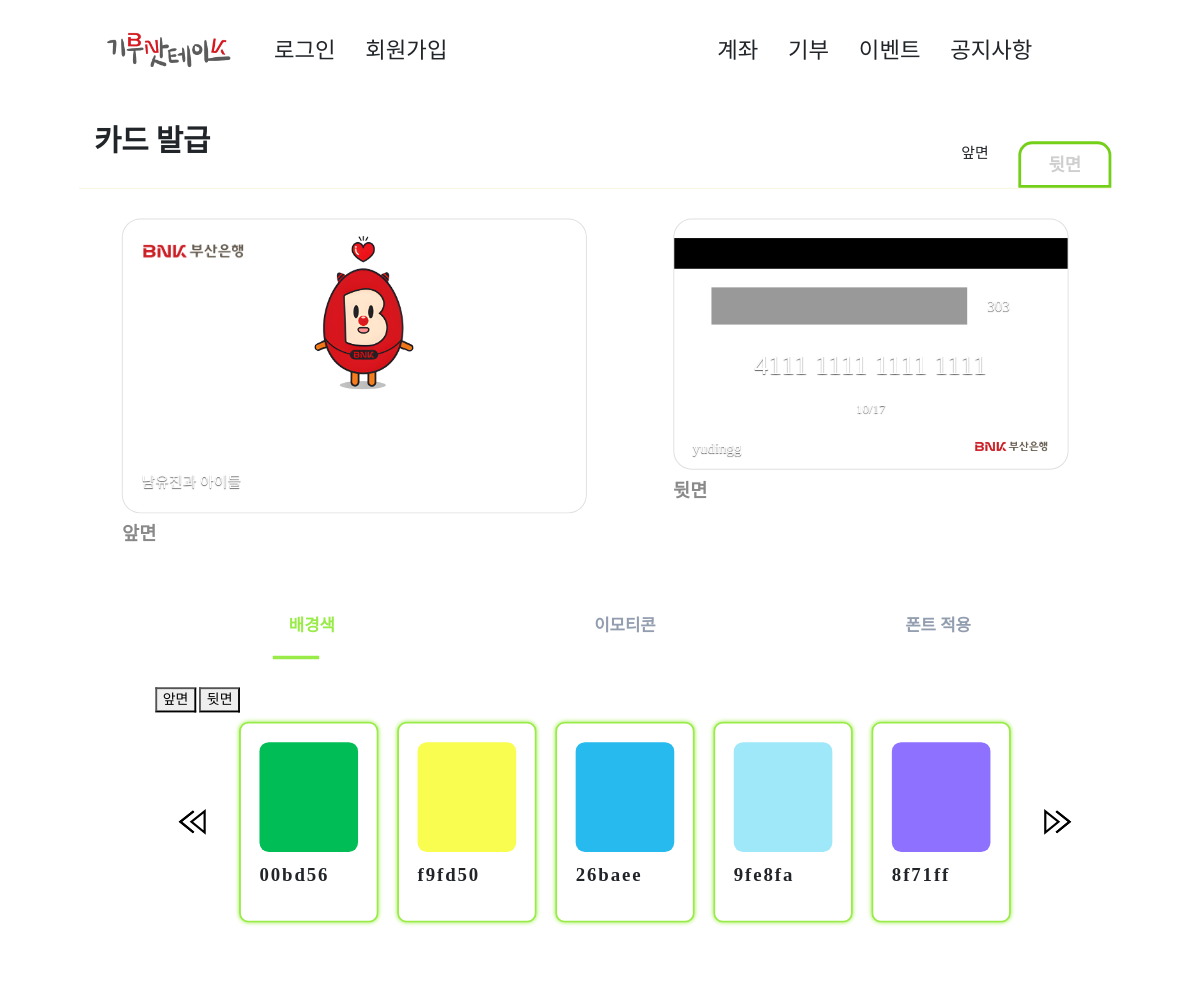
Repository: BNK-GiveNotTake/BNK-GNK-PJT
Page: http://localhost/GNT_PJT/Card/Card.jsp
An editor plug-in stored every save of this project. The page is shown before and after the next save, followed by the edit.
The browser window is 1280 px wide. The pictures show the whole page, at 93% of full size.
After loading, the first visible `div.front-card` was clicked once.
Some web fonts or font styles are not loaded; a fallback is used. The page is served by Tomcat 9. Other server files are loaded and not shown.

Above is the page before, as saved 2022-08-30 06:24:24.

### GNT_PJT/src/main/webapp/Card/Card.jsp
<%@ page language="java" contentType="text/html; charset=UTF-8"
    pageEncoding="UTF-8"%>

<%@ taglib prefix="c" uri="http://java.sun.com/jsp/jstl/core" %>
<!DOCTYPE html>

<html>
<head>
	<meta charset="UTF-8">
	<meta name="viewport" content="width=device-width, initial-scale=1">
	<title>Insert title here</title>
	<link rel="stylesheet" href="https://cdn.jsdelivr.net/npm/bootstrap@4.6.1/dist/css/bootstrap.min.css">
	<link rel="stylesheet" href="//code.jquery.com/ui/1.13.2/themes/base/jquery-ui.css">
	<script src="https://code.jquery.com/jquery-3.6.0.js"></script>
	<script src="https://code.jquery.com/ui/1.13.2/jquery-ui.js"></script>
	<script src="https://cdn.jsdelivr.net/npm/bootstrap@4.6.1/dist/js/bootstrap.bundle.min.js"></script>
	<style scoped>
		@import url("css/Card.css?ver=1");
	</style>

	<script>
		$(function() {
			$('#draggable3').click(function() {
				console.log($("containment-wrapper"))
			})
		})

		$(function() {
		    $("#draggable3").draggable({ containment: "#containment-wrapper", scroll: false });
		});

		$(window).on('load', function() {
			$('#card').addClass('loaded');
		});

		$(function() {

			$('.front-card').click(function() {
				console.log('hshahaha')
				$('#front').removeClass('card--front_small');
				$('#front').addClass('card--front');
				$('#back').removeClass('card--back_big');
				$('#back').addClass('card--back');
				$('.card-change-margin').css('margin-top', '0px');
				$('.back-card').addClass('front-card')
				$(this).removeClass('front-card')
				/* $('.front-card').removeClass('back-card')
				$(this).addClass('back-card') */
			})

			$('.back-card').click(function() {
				console.log('hshahahaaaaa')
				$('#front').removeClass('card--front');
				$('#front').addClass('card--front_small');
				$('#back').removeClass('card--back');
				$('#back').addClass('card--back_big');
				$('.card-change-margin').css('margin-top', '1.2rem');
				$('.front-card').addClass('back-card')
				$(this).removeClass('back-card')
				$('.back-card').removeClass('front-card')
				$(this).addClass('front-card')
			})

			/* $('.font__color-black').click(function() {
				$('.back .card__ccv').css("color", "black");
				$('.back .card__owner').css("color", "black");
				$('.back .card__expiry-date').css("color", "black");
				$('.back .card__number').css("color", "black");
				$('.front .card__content').css("color", "black");
			});

			$('.font__color-white').click(function() {
				$('.back .card__ccv').css("color", "white");
				$('.back .card__owner').css("color", "white");
				$('.back .card__expiry-date').css("color", "white");
				$('.back .card__number').css("color", "white");
				$('.front .card__content').css("color", "white");
			}); */

			$('#tab3').click(function() {
				$('#card__content').focus();
			})

			$('#card__content').click(function() {
				$('#card__content').focus();
			})

			$('#backGroundColorList').on('click', '.item-gradient', function() {
				console.log($(this).text())
			})
		});

		const gradients = [
		    '00bd56', 'f9fd50',
		    '26baee', '9fe8fa',
		    '8f71ff', '8bffff',
		    'c7004c', 'ffaaaa',
		    '55968f', '8acbbb',
		    '226b80', '35b0ab',
		    '3d6cb9', '00fff0',
		    '4d3664', 'bab5f6',
		    'fa4659', 'e9007f',
		    '00b7c2', '4ef037',
		    '303481', 'a100ff',
		    'fc8a15', 'fff6a2',
		    'f9d00f', 'fbff64',
		    '295e6a', '4797b1',
		    'ff0592', 'ffbee3',
		];

		$(function() {
			var idx = 0;
			idx = showBackgroundAfter(idx);

			$('#arrow-before').click(function() {
				console.log(idx)
				idx = showBackgroundBefore(idx)
				console.log(idx)

			})

			$('#arrow-after').click(function() {
				console.log(idx)
				idx = showBackgroundAfter(idx)
				console.log(idx)
				if (idx==30) {
					idx = 0
				}
			})

		})

		const showBackgroundBefore = function(idx) {
			$('#backGroundColorList').empty()
			if (idx==0) {
				idx = 20
			} else if (idx==5) {
				idx = 25
			} else {
				idx -= 10
			}
			for(var i=idx; i<idx+5;i++){
				$('#backGroundColorList').append("<li class=item-gradient><div class=gradient style='background-color: #"+gradients[i]+";'></div><p class=start style=color: #"+gradients[i]+";>"+gradients[i]+"</p></li>")
			}
			return idx + 5
		}

		const showBackgroundAfter = function(idx) {
			$('#backGroundColorList').empty()
			for(var i=idx; i<idx+5;i++){
				$('#backGroundColorList').append("<li class=item-gradient><div class=gradient style='background-color: #"+gradients[i]+";'></div><p class=start style=color: #"+gradients[i]+";>"+gradients[i]+"</p></li>")
			}
			return idx+5
		}

	</script>
<head>
<meta charset="UTF-8">
<title>Insert title here</title>
</head>
<body>
	<div id="card">
		<div id="loader-wrapper">
			<div id="loader"></div>
			<div class="loader-section section-left"></div>
			<div class="loader-section section-right"></div>
		</div>
		<%@ include file="../Common/Nav.jsp" %><br>
		<div class="container">
			<div>
				<div class="d-flex justify-content-between align-items-end" style="border-bottom: 1px solid beige; margin-bottom: 2rem;">
					<h2 class="title">카드 발급</h2>
					<div class="d-flex">
						<div class="front-card">
							앞면
						</div>
						<div class="back-card" style="margin-left: 2rem;">
							뒷면
						</div>
					</div>
				</div>
				<div class="d-flex justify-content-around">
					<div class="front">
						<div id="front" class="card card--front">
							<div class="row" style="height: 100vh;">
								<div class="col-4 d-flex flex-column justify-content-between">
									<img class="card__logo--front" src="img/bnk_logo.png">
									<div style="margin-left: 10px; margin-bottom: 10px;">
										<span class="card__content">남유진과 아이들</span>
									</div>
								</div>
								<div class="col-8">
									<div id="containment-wrapper" style="border: none; height: 100%; padding-right: 30px;">
									  <div id="draggable3" class="draggable ui-widget-content" style="border: none; width: 40%;">
									    <img src="img/MrB.png" class="emo" style="width: 140%;">
									  </div>
									</div>
								</div>
							</div>
						</div>
						<h5 class="front__hover" style="color: #898989;"><b>앞면</b></h5>
					</div>
					<div class="back">
						<div id="back" class="card card--back">
							<div class="card__strip"></div>
							<div class="card-change-margin">
								<div class="card__signature"></div>
								<div class="card__ccv">303</div>
							</div>
							<div class="card__number">4111 1111 1111 1111</div>
							<div class="card__expiry-date">10/17</div>
							<div>
								<div class="card__owner">
									yudingg
									<img class="card__logo--back" src="img/bnk_logo.png">
								</div>
							</div>
						</div>
						<h5 class="back__hover" style="color: #898989;"><b>뒷면</b></h5>
					</div>
				</div>
				<div class="tabs">
				  <input type="radio" id="tab1" name="tab-control" checked>
				  <input type="radio" id="tab2" name="tab-control">
				  <input type="radio" id="tab3" name="tab-control">
				  <ul>
				    <li title="Background"><label for="tab1" role="button"><br><span>배경색</span></label></li>
				    <li title="Emoticon"><label for="tab2" role="button"><br><span>이모티콘</span></label></li>
				    <li title="Font"><label for="tab3" role="button"><br><span>폰트 적용</span></label></li>
				  </ul>

				  <div class="slider"><div class="indicator"></div></div>
				  <div class="content" style="padding-bottom: 5rem;">
				    <section>
						<h2>Background</h2>
						<button>앞면</button>
						<button>뒷면</button>
						<div class="d-flex">
							<svg id="arrow-before" width="18px" height="17px" viewBox="0 0 18 17" version="1.1" xmlns="http://www.w3.org/2000/svg" xmlns:xlink="http://www.w3.org/1999/xlink">
							    <g id="prev" transform="translate(8.500000, 8.500000) scale(-1, 1) translate(-8.500000, -8.500000)">
							        <polygon class="arrow" points="16.3746667 8.33860465 7.76133333 15.3067621 6.904 14.3175671 14.2906667 8.34246869 6.908 2.42790698 7.76 1.43613596"></polygon>
							        <polygon class="arrow-fixed" points="16.3746667 8.33860465 7.76133333 15.3067621 6.904 14.3175671 14.2906667 8.34246869 6.908 2.42790698 7.76 1.43613596"></polygon>
							        <path d="M-1.48029737e-15,0.56157424 L-1.48029737e-15,16.1929159 L9.708,8.33860465 L-2.66453526e-15,0.56157424 L-1.48029737e-15,0.56157424 Z M1.33333333,3.30246869 L7.62533333,8.34246869 L1.33333333,13.4327013 L1.33333333,3.30246869 L1.33333333,3.30246869 Z"></path>
								</g>
							</svg>

							<div id="backGroundColorList" class="d-flex">
							</div>
							<svg id="arrow-after" width="18px" height="17px" viewBox="-1 0 18 17" version="1.1" xmlns="http://www.w3.org/2000/svg" xmlns:xlink="http://www.w3.org/1999/xlink">
							    <g>
							        <polygon class="arrow" points="16.3746667 8.33860465 7.76133333 15.3067621 6.904 14.3175671 14.2906667 8.34246869 6.908 2.42790698 7.76 1.43613596"></polygon>
							        <polygon class="arrow-fixed" points="16.3746667 8.33860465 7.76133333 15.3067621 6.904 14.3175671 14.2906667 8.34246869 6.908 2.42790698 7.76 1.43613596"></polygon>
							        <path d="M-4.58892184e-16,0.56157424 L-4.58892184e-16,16.1929159 L9.708,8.33860465 L-1.64313008e-15,0.56157424 L-4.58892184e-16,0.56157424 Z M1.33333333,3.30246869 L7.62533333,8.34246869 L1.33333333,13.4327013 L1.33333333,3.30246869 L1.33333333,3.30246869 Z"></path>
							    </g>
							</svg>
						</div>
			      	</section>
			        <section>
						<h2>Emoticon</h2>
						Lorem ipsum dolor sit amet, consectetur adipisicing elit. Autem quas adipisci a accusantium eius ut voluptatibus ad impedit nulla, ipsa qui. Quasi temporibus eos commodi aliquid impedit amet, similique nulla.
		          	</section>
			        <section>
						<h2>Font</h2>
		          	</section>
					</div>
				</div>
			</div>
		</div>
	</div>
</body>
</html>

### GNT_PJT/src/main/webapp/Common/Nav.jsp
<%@ page language="java" contentType="text/html; charset=UTF-8"
    pageEncoding="UTF-8"%>
<!DOCTYPE html>
<html>
<head>
	<meta charset="UTF-8">
	<title>Insert title here</title>
	<style scoped>
		@import url("../Common/css/Nav.css?ver=1");
	</style>
	<link rel="stylesheet" href="https://cdn.jsdelivr.net/npm/bootstrap@4.6.1/dist/css/bootstrap.min.css">
	<link rel="stylesheet" href="//code.jquery.com/ui/1.13.2/themes/base/jquery-ui.css">
	<script src="https://code.jquery.com/jquery-3.6.0.js"></script>
	<script src="https://code.jquery.com/ui/1.13.2/jquery-ui.js"></script>
	<script src="https://cdn.jsdelivr.net/npm/bootstrap@4.6.1/dist/js/bootstrap.bundle.min.js"></script>
	<script src="https://unpkg.com/sweetalert/dist/sweetalert.min.js"></script>
	<script>
		$(function() {

			if(localStorage.getItem('user')===null) {
				$('#login').css('display', 'block')
				$('#signup').css('display', 'block')
				$('#logout').css('display', 'none')
				$('.nav-inner #card').css('display', 'none')

			} else {
				$('#login').css('display', 'none')
				$('#signup').css('display', 'none')
				$('#logout').css('display', 'block')
				$('.nav-inner #card').css('display', 'block')
			}


			$('.logo').click(function() {
				location.href="../Main/Home.html"
			})

			$('.nav-inner #main').click(function() {
				location.href="../Main/Main.jsp"
			})

			$('.nav-inner #donation').click(function() {
				location.href="../Donation/Donation.jsp"
			})

			$('.nav-inner #card').click(function() {
				location.href="../Card/Card.jsp"
			})

			$('.nav-inner #notice').click(function() {
				location.href="../Notice/Notice.jsp"
			})

			$('.nav-inner #event').click(function() {
				location.href="../Event/Event.jsp"
			})
		})

		$(function() {
			$('#login').click(function() {
				location.href="../Main/LogIn.jsp"
			})

			$('#signup').click(function() {
				location.href="../Main/SignUp.jsp"
			})

			$('#logout').click(function() {
				localStorage.clear();
				location.href = "../Main/Main.jsp"
			})

		})


	</script>
</head>

<body>
	<div class="nav row">
        <div class="nav-inner offset-1 col-4">
        	<img class="logo" src="../Common/img/logo.png">
       		<span id="login">로그인</span>
       		<span id="signup">회원가입</span>
       		<span id="logout">로그아웃</span>
       	</div>
        <div class="nav-inner offset-2 col-4">
        	<span id="main">계좌</span>
       		<span id="donation">기부</span>
       		<span id="card">카드발급</span>
       		<span id="event">이벤트</span>
       		<span id="notice">공지사항</span>
       	</div>
    </div>

</body>
</html>

### GNT_PJT/src/main/webapp/Common/css/Nav.css
@charset "utf-8";

@font-face {
    font-family: 'Happiness-Sans-Title';
    src: url('https://cdn.jsdelivr.net/gh/projectnoonnu/noonfonts_2205@1.0/Happiness-Sans-Title.woff2') format('woff2');
    font-weight: normal;
    font-style: normal;
}

@font-face {
    font-family: 'Katuri';
    src: url('https://cdn.jsdelivr.net/gh/projectnoonnu/noonfonts_13@1.0/Katuri.woff') format('woff');
    font-weight: normal;
    font-style: normal;
}

.nav {
    width: 99vw;
    height: 15vh;
    font-family: 'Katuri';
    font-size: large;
}

.logo {
	width: 40%;
	cursor: pointer;
}

.nav-inner {
	display: flex;
    justify-content: flex-start;
    align-items: center;
}

.nav-inner span {
	cursor: pointer;
	margin-left: 2rem;
	font-size: x-large;
}

Loaded but not shown: GNT_PJT/src/main/webapp/Card/css/Card.css (552 lines, source omitted)

After the next save:
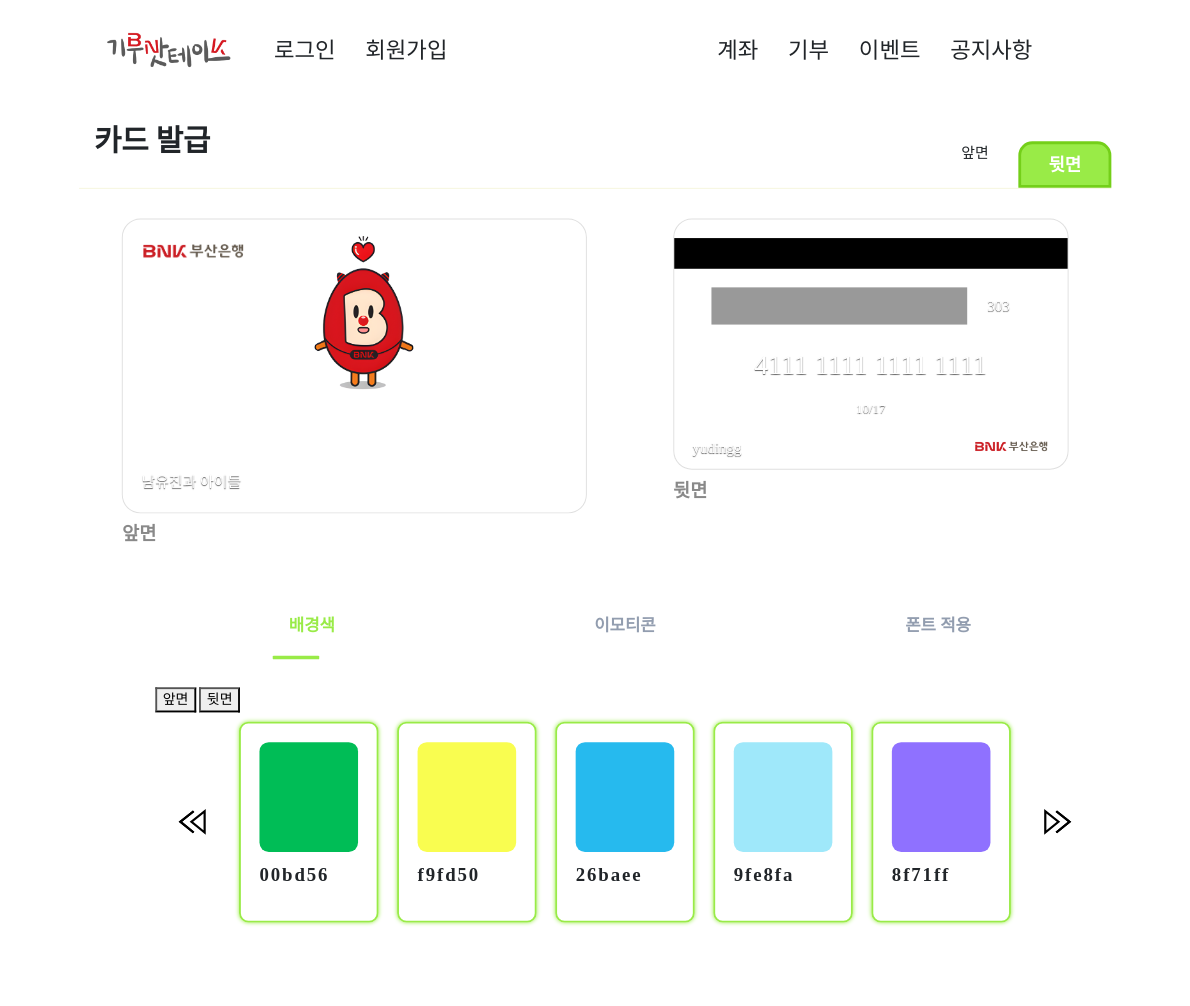
Saved 9 s later.
--- a/GNT_PJT/src/main/webapp/Card/Card.jsp
+++ b/GNT_PJT/src/main/webapp/Card/Card.jsp
@@ -44,8 +44,8 @@
 				$('.card-change-margin').css('margin-top', '0px');
 				$('.back-card').addClass('front-card')
 				$(this).removeClass('front-card')
-				/* $('.front-card').removeClass('back-card')
-				$(this).addClass('back-card') */
+				$('.front-card').removeClass('back-card')
+				/* $(this).addClass('back-card') */
 			})
 
 			$('.back-card').click(function() {
